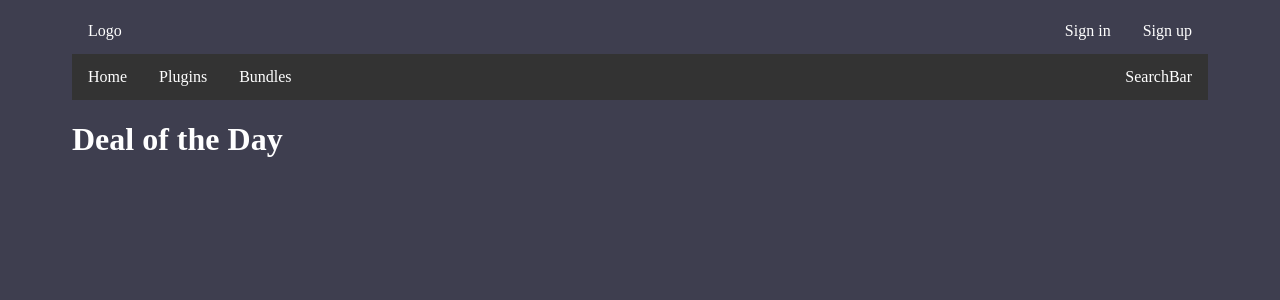
Repository: jigom11791/Wavez
Page: Wavez/Waves-Site/index.html
The author's editor kept a copy of each file at every save. The page is drawn from the files as they stood at one save, then again after the next save.
The browser window is 1280 px wide. The pictures show the whole page.

Above is the page before, as saved 2020-10-30 18:10:13.

### Wavez/Waves-Site/index.html
<!DOCTYPE html>
<html>
<head>
    <title>Waves Price Tracker</title>
    <link rel="stylesheet" href="style.css">
</head>
<body>
    <ul class="header">
        <li><a href="#">Logo</a></li>
        <li class="right"><a href="#">Sign up</a></li>
        <li class="right"><a href="#">Sign in</a></li>
    </ul>

    <ul class="topnav">
        <li><a class="active" href="#">Home</a></li>
        <li><a href="#">Plugins</a></li>
        <li><a href="#">Bundles</a></li>
        <li class="right"><a href="#">SearchBar</a></li>
    </ul>
    <div id="content">
        <h1>Deal of the Day</h1>
    </div>
</body>
</html>

### Wavez/Waves-Site/style.css
@import url('https://fonts.googleapis.com/css2?family=Noto+Sans&family=Noto+Sans+JP&display=swap');
@import url('https://fonts.googleapis.com/css2?family=Noto+Sans&display=swap');

body {
    background-color: #3e3e4f;
    color: white;
    font-style: "Noto sans JP", sans-serif;
    padding: 0% 5%;
}

ul.topnav, ul.header{
    list-style-type: none;
    margin: 0;
    padding: 0;
    overflow: hidden;
    width: 100%;
}
ul.topnav {
    background-color: #333;
}
ul.topnav li, ul.header li{
    float: left;
}
ul.topnav li.right, ul.header li.right{
    float: right;
}
ul.topnav li a, ul.header li a {
    display: block;
    color: white;
    text-align: center;
    padding: 14px 16px;
    text-decoration: none;
}
content {
    padding: 3%;
}

After the next save:
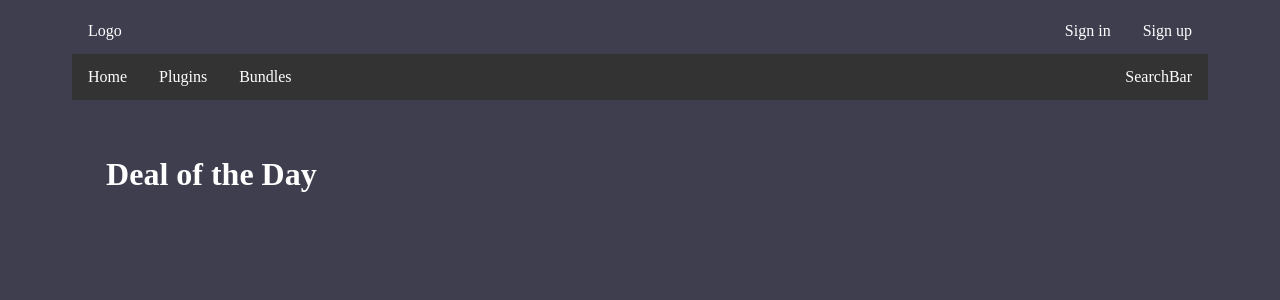
Saved 9 s later.
--- a/Wavez/Waves-Site/style.css
+++ b/Wavez/Waves-Site/style.css
@@ -31,6 +31,6 @@ ul.topnav li a, ul.header li a {
     padding: 14px 16px;
     text-decoration: none;
 }
-content {
+#content {
     padding: 3%;
 }
